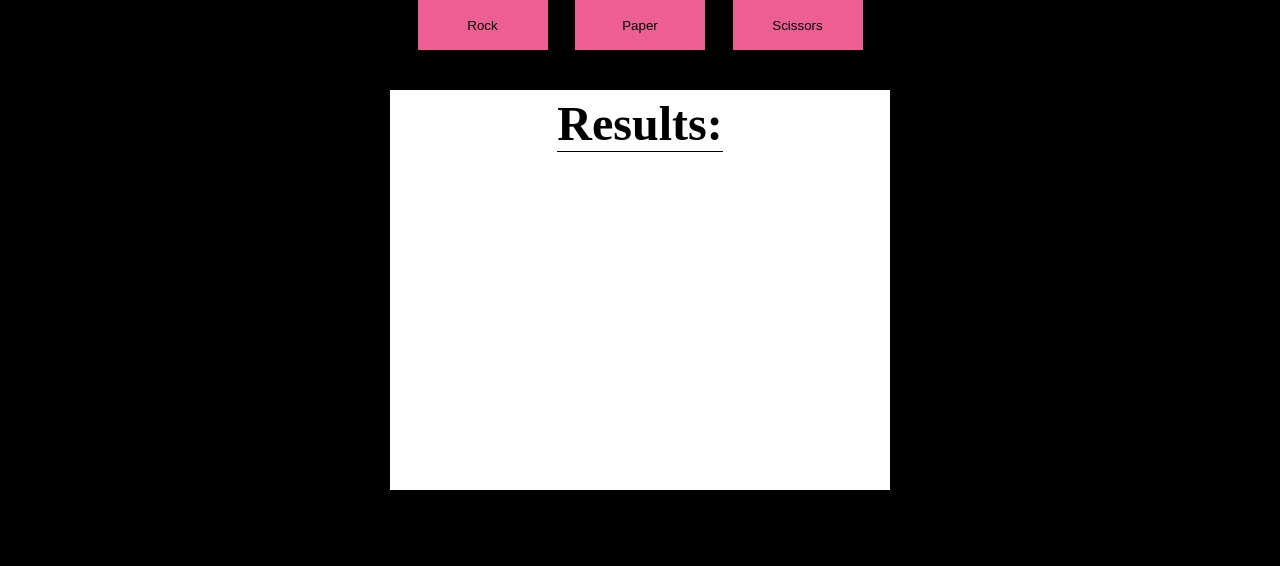
Repository: Pafestivo/rock-paper-scissors
Page: index.html
An editor plug-in stored every save of this project. The page is shown before and after the next save, followed by the edit.
The browser window is 1280 px wide. The pictures show the whole page.

Above is the page before, as saved 2022-10-14 14:36:01.

After the next save:
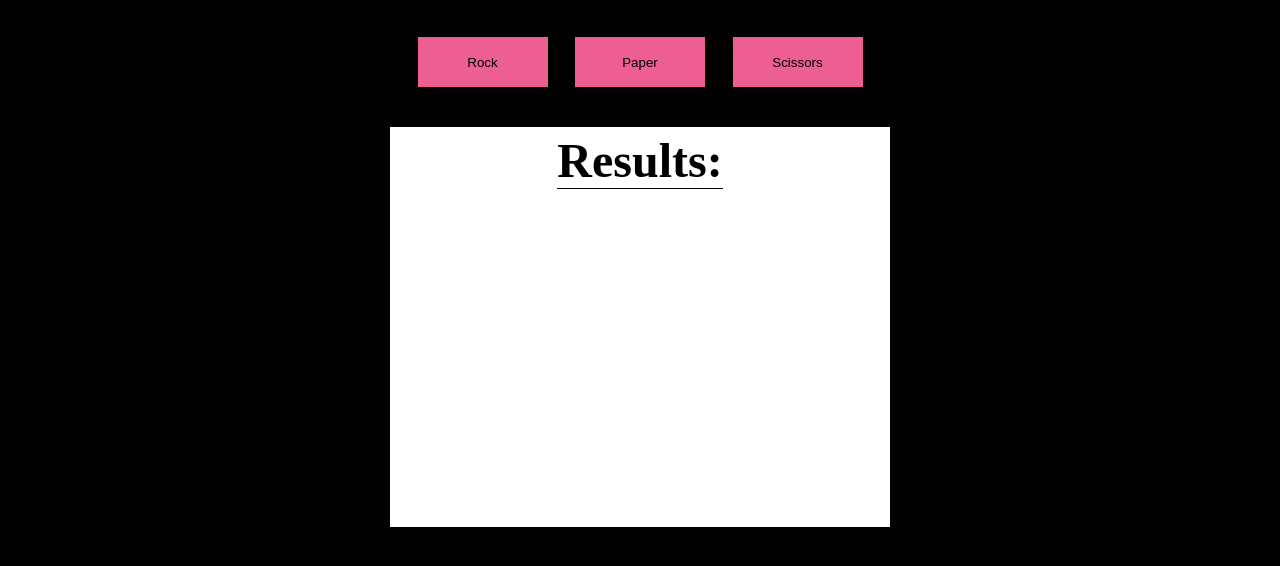
Saved 40 s later.
--- a/index.html
+++ b/index.html
@@ -8,6 +8,10 @@
   <title>Document</title>
 </head>
 <body>
+
+  <header>
+    <h1>Play a game of "Rock, Paper, Scissors"!</h1>
+  </header>
   <div class="buttons">
     <button id="rock">Rock</button>
     <button id="paper">Paper</button>
